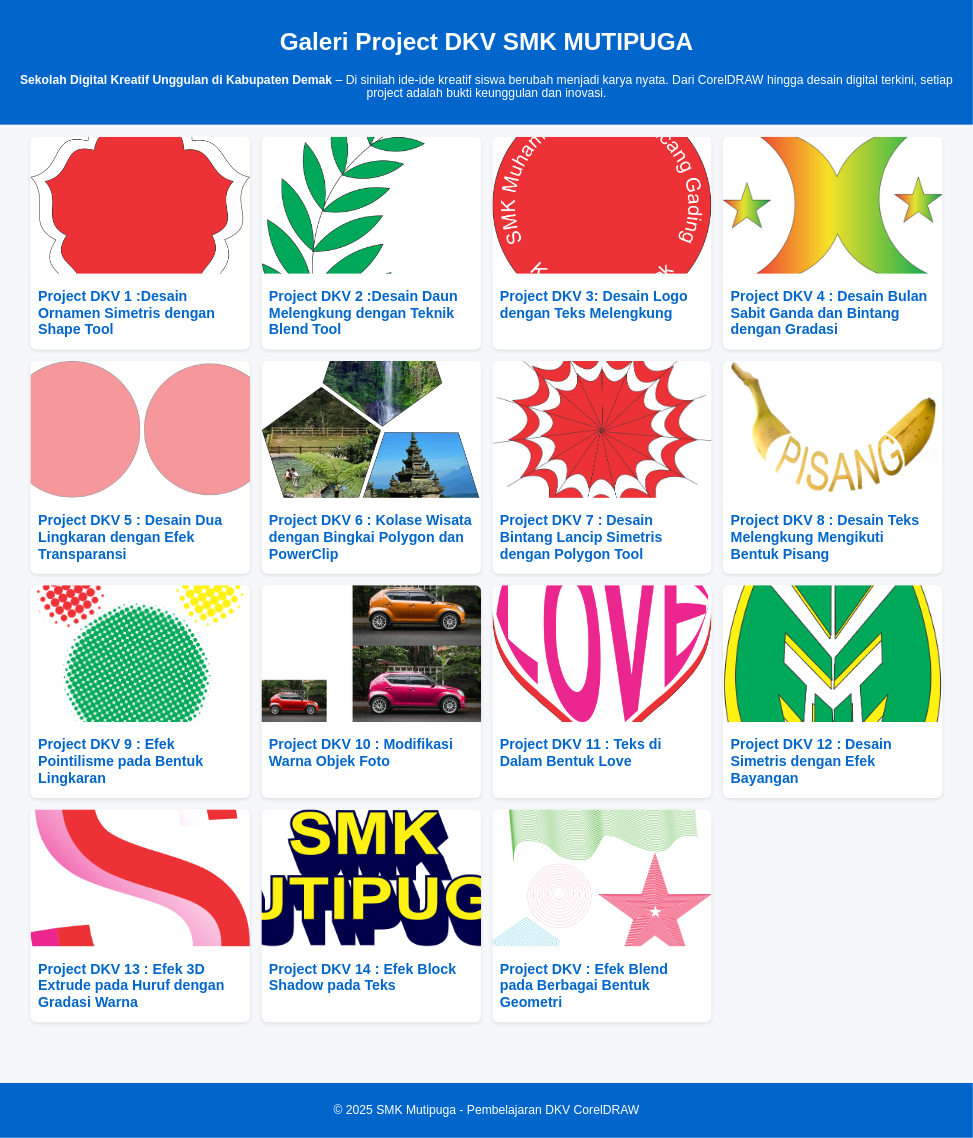
Repository: ppdbsmkmutipuga/galeriprojectdkvsmkmutipuga
Page: index.html
An editor plug-in stored every save of this project. The page is shown before and after the next save, followed by the edit.
The browser window is 1280 px wide. The pictures show the whole page, at 76% of full size.

Above is the page before, as saved 2025-08-14 06:32:55.
Console error: TypeError: Cannot read properties of null (reading 'addEventListener')

After the next save:
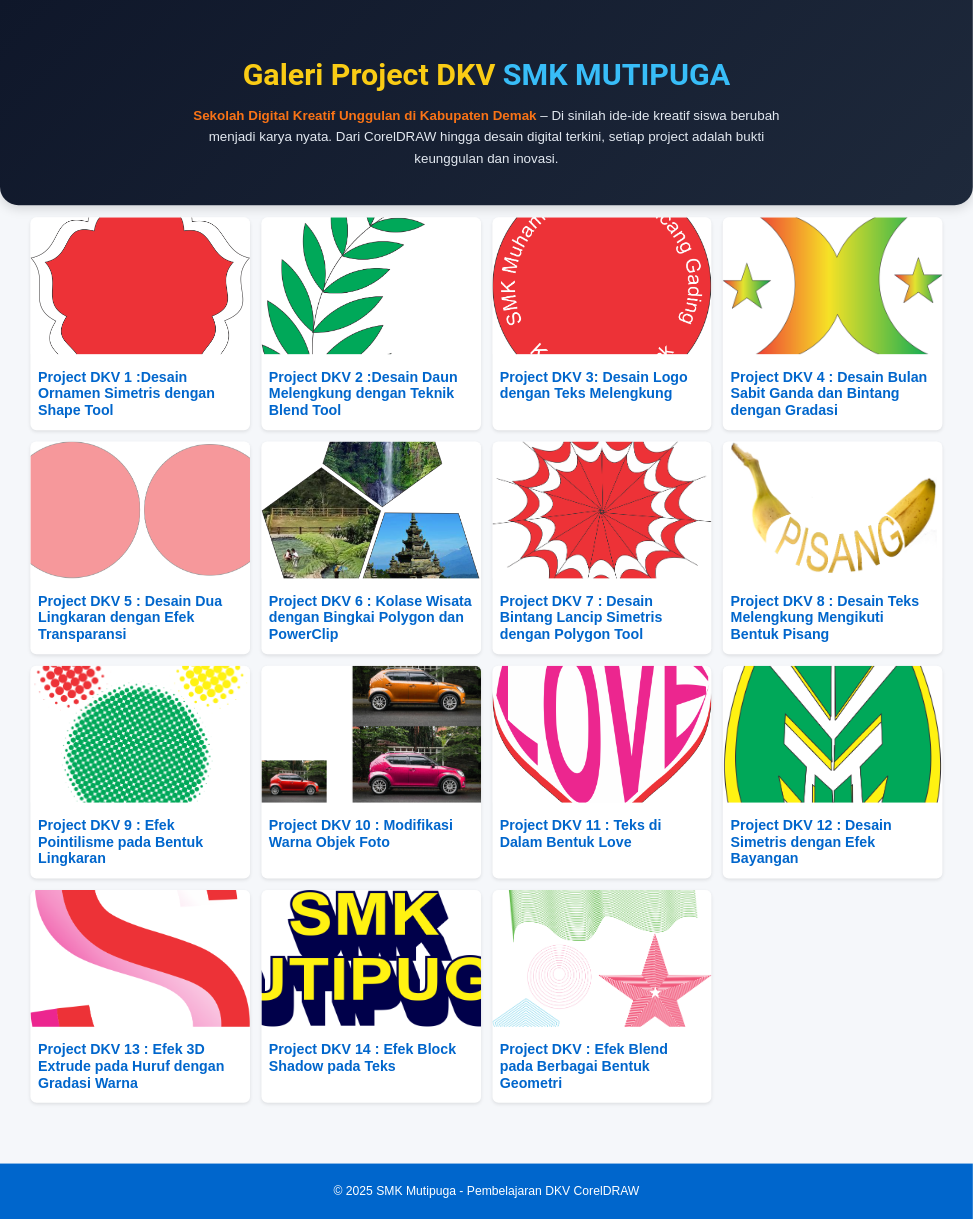
Saved 12 s later.
--- a/styles.css
+++ b/styles.css
@@ -153,3 +153,39 @@
     outline: 2px solid #fff;
     outline-offset: 2px;
 }
+
+.hero-header {
+    text-align: center;
+    padding: 3rem 1rem;
+    background: linear-gradient(135deg, #0f172a, #1e293b);
+    color: #fff;
+    border-radius: 0 0 1.5rem 1.5rem;
+    box-shadow: 0 4px 15px rgba(0, 0, 0, 0.15);
+}
+
+.hero-header h1 {
+    font-family: 'Roboto', sans-serif;
+    font-size: 2.5rem;
+    font-weight: 700;
+    margin-bottom: 1rem;
+    color: #facc15;
+    /* Kuning khas SMK */
+}
+
+.hero-header h1 span {
+    color: #38bdf8;
+    /* Biru kreatif */
+}
+
+.hero-header p {
+    font-size: 1.1rem;
+    max-width: 800px;
+    margin: 0 auto;
+    line-height: 1.6;
+    color: #e2e8f0;
+}
+
+.hero-header strong {
+    color: #f97316;
+    /* Oranye hangat */
+}
